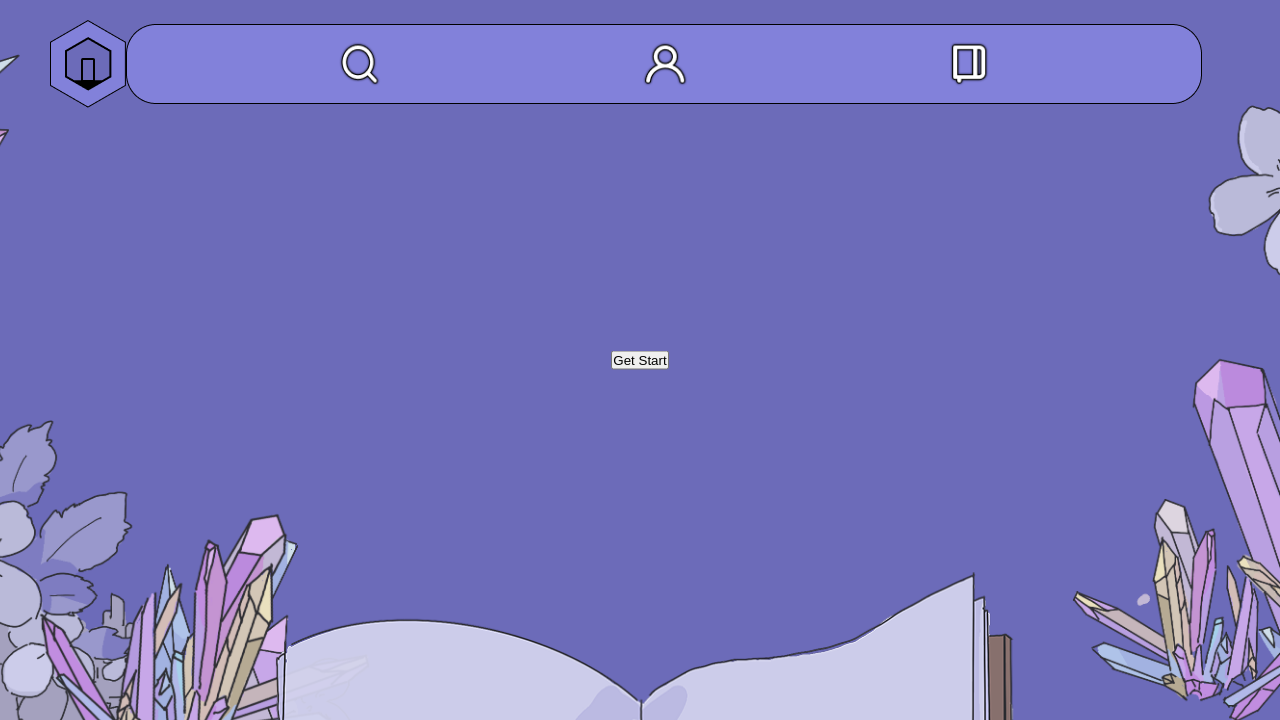
Repository: carolmmc/BabelLibrary
Page: shelf.html
These files come from the project's save history. The page is drawn as it stood at one moment and after the next save; the edit follows.
The browser window is 1280 px wide. The pictures show the whole page.

Above is the page before, as saved 2025-05-07 15:20:30.

### shelf.html
<!DOCTYPE html>
<html lang="zh-CN">
<head>
    <meta charset="UTF-8">
    <meta name="viewport" content="width=device-width, initial-scale=1.0">
    <title>BABEL LIBRARY</title>
    <style>
        * {
            margin: 0;
            padding: 0;
            box-sizing: border-box;
        }

        body {
            background: #6C6BB9;
            min-height: 100vh;
            font-family: 'PingFang SC', 'Microsoft YaHei', sans-serif;
        }

        .header {
            display: flex;
            justify-content: space-between;
            align-items: center;
            padding: 20px 50px;
            position: fixed;
            top: 0;
            left: 0;
            right: 0;
            z-index: 100;
        }

        .logo {
            width: 75.892px;
            height: 87.633px;
            flex-shrink: 0;
            object-fit: contain; /* 保持图片比例 */
        }

        /* 导航栏容器 */
        .nav-container {
            position: relative;
            width: 1076px;
            height: 80px;
        }

        /* 导航图标容器 */
        .nav-icons {
            position: absolute;
            top: 50%;
            left: 50%;
            transform: translate(-50%, -50%);
            display: flex;
            justify-content: space-between; /* 改用 space-between 实现均匀分布 */
            width: 60%; /* 控制图标分布的整体宽度范围 */
            z-index: 2;
        }

        /* 导航图标通用样式 */
        .nav-icon {
            flex-shrink: 0;
            cursor: pointer;
            filter: drop-shadow(0px 0px 1px #000);
            transition: transform 0.3s ease; /* 将过渡效果移到这里 */
        }

        /* 搜索图标 */
        .find-icon {
            width: 37px;
            height: 39px;
        }

        /* 我的图标 */
        .mine-icon {
            width: 40px;
            height: 39px;
        }

        /* 书架图标 */
        .shelf-icon {
            width: 34px;
            height: 39px;
        }

        /* 图标悬停效果 */
        .nav-icon:hover {
            transform: scale(1.1);
        }

        .content-center {
            position: absolute;
            top: 50%;
            left: 50%;
            transform: translate(-50%, -50%);
            text-align: center;
            width: 100%;
        }




        /* 底部装饰图样式 */
        .bottom-decoration {
            position: fixed;
            bottom: 0;
            left: 50%;
            transform: translateX(-50%);  /* 居中定位 */
            width: 1526px;  /* 使用原始宽度 */
            height: 859px;  /* 使用原始高度 */
            background: url('homepage frame1.png') bottom center no-repeat;
            background-size: contain;  /* 确保图片完整显示 */
            z-index: 1;
            animation: breath-animation 4s ease-in-out infinite;
        }

        /* 添加第二个装饰图样式 */
        .decoration-frame2 {
            position: fixed;
            bottom: 0;
            left: 50%;
            transform: translateX(-50%);
            width: 775px;
            height: 155px;
            flex-shrink: 0;
            aspect-ratio: 5/1;
            background: url('homepageframe2.png') center no-repeat;
            background-size: contain;
            z-index: 2; /* 确保显示在第一个装饰图之上 */
            animation: breath-animation 4s ease-in-out infinite;
        }

        /* 修改呼吸动画 */
        @keyframes breath-animation {
            0%, 100% {
                opacity: 0.9;
                transform: translateX(-50%) scale(1);  /* 保持居中的同时缩放 */
            }
            50% {
                opacity: 1;
                transform: translateX(-50%) scale(1.02);
            }
        }
    </style>
</head>
<body>
    <header class="header">
        <img src="logo.png" alt="巴别插画 Logo" class="logo">
        <div class="nav-container">
            <img src="navigate background.png" alt="导航栏" class="nav-background">
            <div class="nav-icons">
                <img src="find.png" alt="搜索" class="nav-icon find-icon">
                <img src="mine.png" alt="我的" class="nav-icon mine-icon">
                <img src="shelf.png" alt="书架" class="nav-icon shelf-icon">
            </div>
        </div>
        <div style="width: 150px;"></div>
    </header>

    <div class="content-center">
        <button class="start-btn">Get Start</button>
    </div>
    <div class="bottom-decoration"></div>
    <div class="decoration-frame2"></div>
</body>
</html>

After the next save:
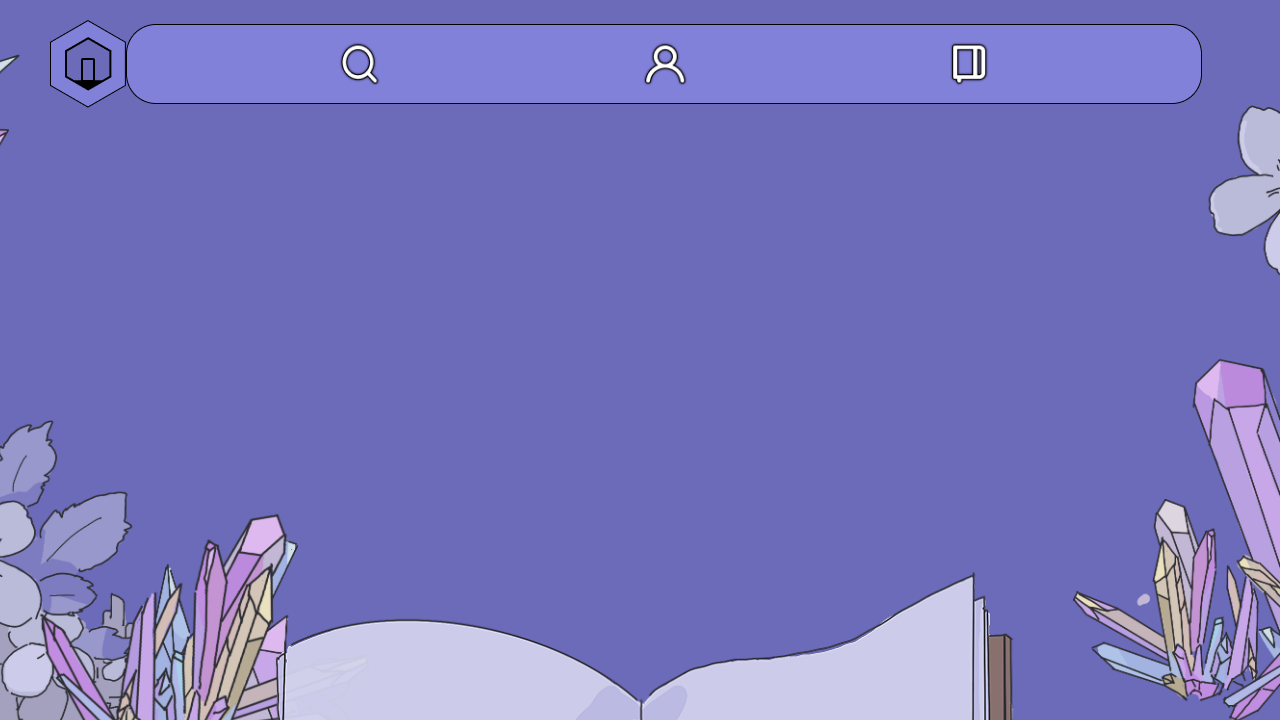
Saved 98 s later.
--- a/shelf.html
+++ b/shelf.html
@@ -3,7 +3,6 @@
 <head>
     <meta charset="UTF-8">
     <meta name="viewport" content="width=device-width, initial-scale=1.0">
-    <title>BABEL LIBRARY</title>
     <style>
         * {
             margin: 0;
@@ -156,7 +155,7 @@
     </header>
 
     <div class="content-center">
-        <button class="start-btn">Get Start</button>
+
     </div>
     <div class="bottom-decoration"></div>
     <div class="decoration-frame2"></div>
